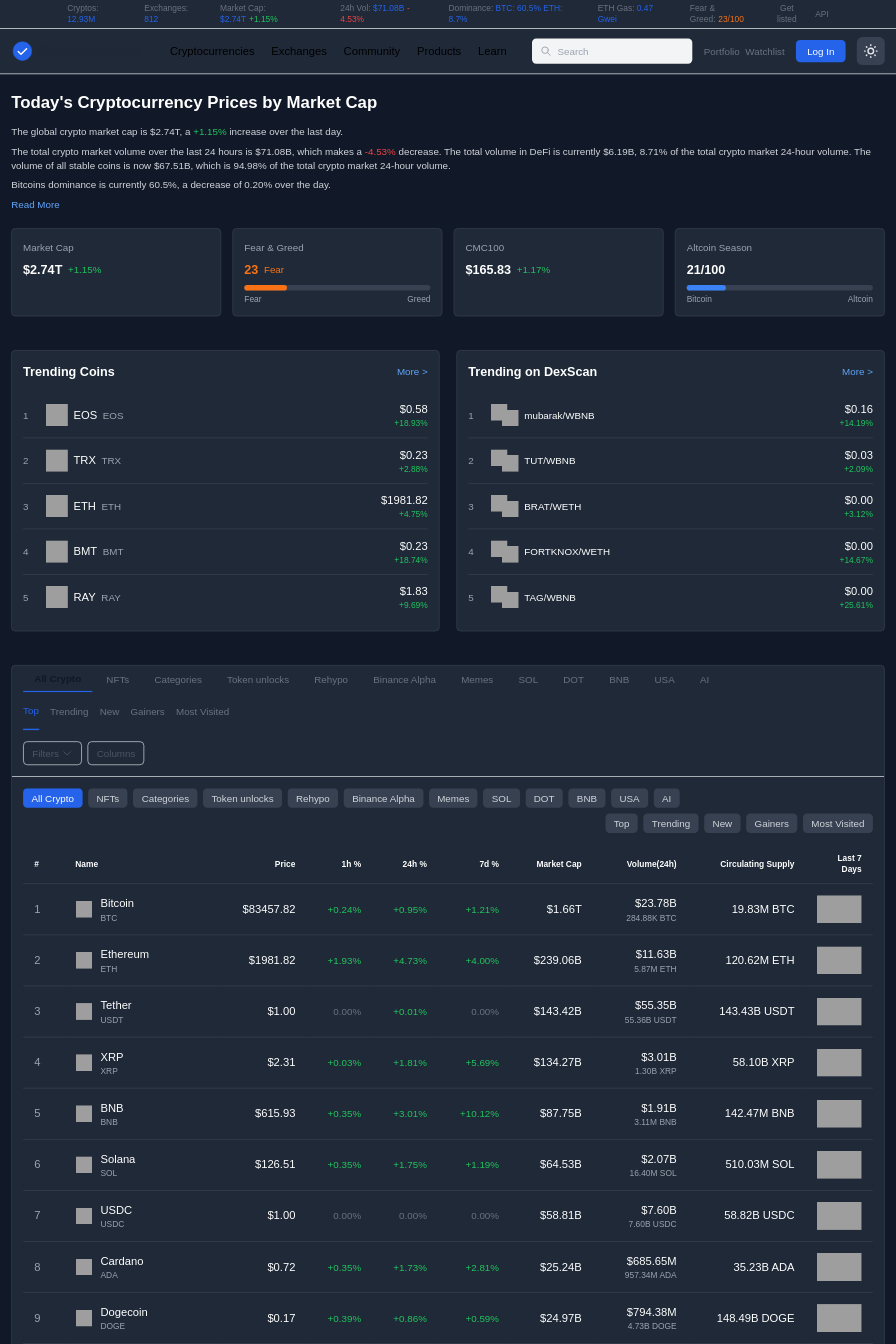
Repository: halilhaninan/testcmc
Page: /
An editor plug-in stored every save of this project. The page is shown before and after the next save, followed by the edit.
The browser window is 1280 px wide. The pictures show the part of the page from y = 0 to 1920 px (the page is 2963 px tall), at 70% of full size.
Pictures or frames that could not be fetched are drawn as grey boxes. The project was rebuilt for these pictures with package versions that can differ from the ones it lists, and the page was loaded fresh each time. Also part of the build but not shown: vite.config.ts.

Above is the page before, as saved 2025-04-07 20:38:12.

After the next save:
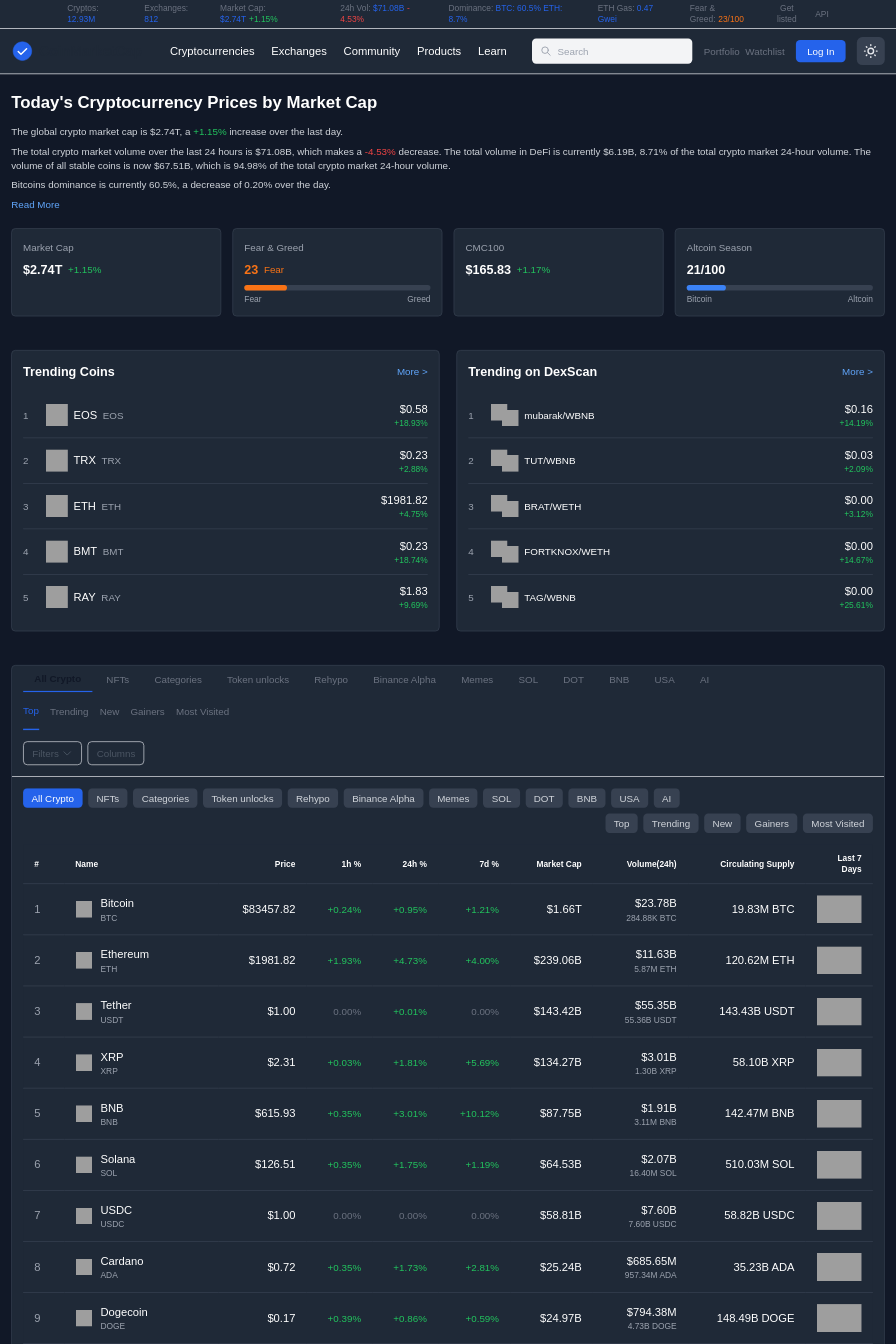
Saved 17 s later.
--- a/src/components/layout/Header.tsx
+++ b/src/components/layout/Header.tsx
@@ -90,23 +90,23 @@
             {/* Main Navigation Items */}
             <nav className="hidden space-x-6 lg:flex">
               <div className="group relative cursor-pointer">
-                <span className="font-medium">Cryptocurrencies</span>
-                <div className="absolute bottom-0 left-0 h-0.5 w-0 bg-blue-600 transition-all duration-200 group-hover:w-full"></div>
-              </div>
-              <div className="group relative cursor-pointer">
-                <span>Exchanges</span>
-                <div className="absolute bottom-0 left-0 h-0.5 w-0 bg-blue-600 transition-all duration-200 group-hover:w-full"></div>
-              </div>
-              <div className="group relative cursor-pointer">
-                <span>Community</span>
-                <div className="absolute bottom-0 left-0 h-0.5 w-0 bg-blue-600 transition-all duration-200 group-hover:w-full"></div>
-              </div>
-              <div className="group relative cursor-pointer">
-                <span>Products</span>
-                <div className="absolute bottom-0 left-0 h-0.5 w-0 bg-blue-600 transition-all duration-200 group-hover:w-full"></div>
-              </div>
-              <div className="group relative cursor-pointer">
-                <span>Learn</span>
+                <span className="font-medium text-gray-900 dark:text-white">Cryptocurrencies</span>
+                <div className="absolute bottom-0 left-0 h-0.5 w-0 bg-blue-600 transition-all duration-200 group-hover:w-full"></div>
+              </div>
+              <div className="group relative cursor-pointer">
+                <span className="text-gray-900 dark:text-white">Exchanges</span>
+                <div className="absolute bottom-0 left-0 h-0.5 w-0 bg-blue-600 transition-all duration-200 group-hover:w-full"></div>
+              </div>
+              <div className="group relative cursor-pointer">
+                <span className="text-gray-900 dark:text-white">Community</span>
+                <div className="absolute bottom-0 left-0 h-0.5 w-0 bg-blue-600 transition-all duration-200 group-hover:w-full"></div>
+              </div>
+              <div className="group relative cursor-pointer">
+                <span className="text-gray-900 dark:text-white">Products</span>
+                <div className="absolute bottom-0 left-0 h-0.5 w-0 bg-blue-600 transition-all duration-200 group-hover:w-full"></div>
+              </div>
+              <div className="group relative cursor-pointer">
+                <span className="text-gray-900 dark:text-white">Learn</span>
                 <div className="absolute bottom-0 left-0 h-0.5 w-0 bg-blue-600 transition-all duration-200 group-hover:w-full"></div>
               </div>
             </nav>
